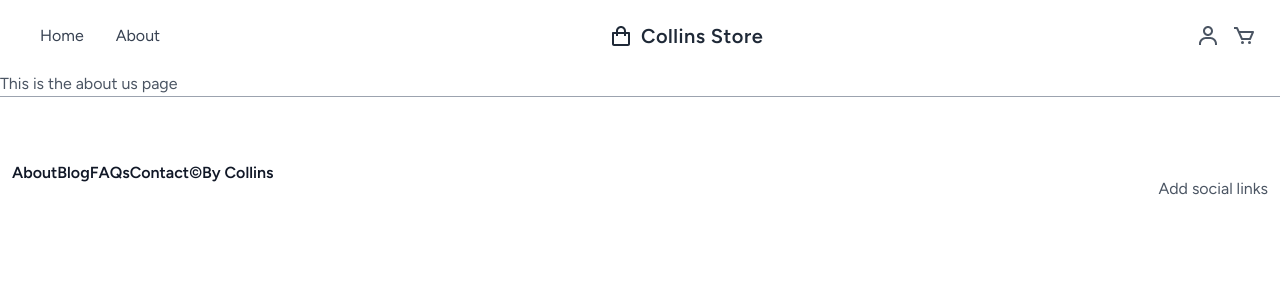
Repository: Collins145/e-commerce-website
Page: http://localhost/about
The author's editor kept a copy of each file at every save. The page is drawn from the files as they stood at one save, then again after the next save.
The browser window is 1280 px wide. The pictures show the whole page.
The page is served by the project's Laravel application, run on PHP 8.4 with Laravel 10. Other server files are loaded and not shown. Style sheets and scripts are compiled from the project's sources, by tool versions that may differ from the author's.

Above is the page before, as saved 2023-06-17 14:14:50.

### routes/web.php
<?php

use App\Http\Controllers\ProfileController;
use Illuminate\Support\Facades\Route;
use App\Http\Controllers\SiteController;

/*
|--------------------------------------------------------------------------
| Web Routes
|--------------------------------------------------------------------------
|
| Here is where you can register web routes for your application. These
| routes are loaded by the RouteServiceProvider and all of them will
| be assigned to the "web" middleware group. Make something great!
|
*/

Route::get('/', [SiteController::class, 'index'])->name('home');
Route::get('about', [SiteController::class, 'about'])->name('about');
Route::get('footer', [SiteController::class, 'footer'])->name('footer');

Route::get('/dashboard', function () {
    return view('dashboard');
})->middleware(['auth', 'verified'])->name('dashboard');

Route::middleware('auth')->group(function () {
    Route::get('/profile', [ProfileController::class, 'edit'])->name('profile.edit');
    Route::patch('/profile', [ProfileController::class, 'update'])->name('profile.update');
    Route::delete('/profile', [ProfileController::class, 'destroy'])->name('profile.destroy');
});

require __DIR__.'/auth.php';

### app/Http/Controllers/SiteController.php
<?php

namespace App\Http\Controllers;

use Illuminate\Http\Request;

class SiteController extends Controller
{
    public function index() {
        return view('site.home');
    }

    public function about() {
        return view('site.about');
    }
    public function footer() {
        return view('site.footer');
    }
}

### resources/views/site/about.blade.php
@extends('layouts.site')
@section('content')
This is the about us page
@endsection

### resources/views/layouts/site.blade.php
<!DOCTYPE html>
<html lang="{{ str_replace('_', '-', app()->getLocale()) }}">
    <head>
        <meta charset="utf-8">
        <meta name="viewport" content="width=device-width, initial-scale=1">
        <meta name="csrf-token" content="{{ csrf_token() }}">

        <title>{{ config('app.name', 'Laravel') }}</title>

        <!-- Fonts -->
        <link rel="preconnect" href="https://fonts.bunny.net">
        <link href="https://fonts.bunny.net/css?family=figtree:400,500,600&display=swap" rel="stylesheet" />

        <!-- Scripts -->
        @vite(['resources/css/app.css', 'resources/js/app.js'])
    </head>
    <body class="bg-white text-gray-600 font-sans leading-normal text-base tracking-normal">
        <x-site.header/>
        @yield('content')
        <x-site.footer/>
    </body>
</html>

### resources/views/components/site/header.blade.php
    <nav id="header" class="w-full z-30 top-0 py-1">
        <div class="w-full container mx-auto flex flex-wrap items-center justify-between mt-0 px-6 py-3">

            <label for="menu-toggle" class="cursor-pointer md:hidden block">
                <svg class="fill-current text-gray-900" xmlns="http://www.w3.org/2000/svg" width="20" height="20" viewBox="0 0 20 20">
                    <title>menu</title>
                    <path d="M0 3h20v2H0V3zm0 6h20v2H0V9zm0 6h20v2H0v-2z"></path>
                </svg>
            </label>
            <input class="hidden" type="checkbox" id="menu-toggle" />

            <div class="hidden md:flex md:items-center md:w-auto w-full order-3 md:order-1" id="menu">
                <nav>
                    <ul class="md:flex items-center justify-between text-base text-gray-700 pt-4 md:pt-0">
                        <li><a class="inline-block no-underline hover:text-black hover:underline py-2 px-4" href="{{route('home')}}">Home</a></li>
                        <li><a class="inline-block no-underline hover:text-black hover:underline py-2 px-4" href="{{route('about')}}">About</a></li>
                    </ul>
                </nav>
            </div>

            <div class="order-1 md:order-2">
                <a class="flex items-center tracking-wide no-underline hover:no-underline font-bold text-gray-800 text-xl " href="{{route('home')}}">
                    <svg class="fill-current text-gray-800 mr-2" xmlns="http://www.w3.org/2000/svg" width="24" height="24" viewBox="0 0 24 24">
                        <path d="M5,22h14c1.103,0,2-0.897,2-2V9c0-0.553-0.447-1-1-1h-3V7c0-2.757-2.243-5-5-5S7,4.243,7,7v1H4C3.447,8,3,8.447,3,9v11 C3,21.103,3.897,22,5,22z M9,7c0-1.654,1.346-3,3-3s3,1.346,3,3v1H9V7z M5,10h2v2h2v-2h6v2h2v-2h2l0.002,10H5V10z" />
                    </svg>
                    Collins Store
                </a>
            </div>

            <div class="order-2 md:order-3 flex items-center" id="nav-content">

                <a class="inline-block no-underline hover:text-black" href="#">
                    <svg class="fill-current hover:text-black" xmlns="http://www.w3.org/2000/svg" width="24" height="24" viewBox="0 0 24 24">
                        <circle fill="none" cx="12" cy="7" r="3" />
                        <path d="M12 2C9.243 2 7 4.243 7 7s2.243 5 5 5 5-2.243 5-5S14.757 2 12 2zM12 10c-1.654 0-3-1.346-3-3s1.346-3 3-3 3 1.346 3 3S13.654 10 12 10zM21 21v-1c0-3.859-3.141-7-7-7h-4c-3.86 0-7 3.141-7 7v1h2v-1c0-2.757 2.243-5 5-5h4c2.757 0 5 2.243 5 5v1H21z" />
                    </svg>
                </a>

                <a class="pl-3 inline-block no-underline hover:text-black" href="#">
                    <svg class="fill-current hover:text-black" xmlns="http://www.w3.org/2000/svg" width="24" height="24" viewBox="0 0 24 24">
                        <path d="M21,7H7.462L5.91,3.586C5.748,3.229,5.392,3,5,3H2v2h2.356L9.09,15.414C9.252,15.771,9.608,16,10,16h8 c0.4,0,0.762-0.238,0.919-0.606l3-7c0.133-0.309,0.101-0.663-0.084-0.944C21.649,7.169,21.336,7,21,7z M17.341,14h-6.697L8.371,9 h11.112L17.341,14z" />
                        <circle cx="10.5" cy="18.5" r="1.5" />
                        <circle cx="17.5" cy="18.5" r="1.5" />
                    </svg>
                </a>

            </div>
        </div>
    </nav>

### resources/views/components/site/footer.blade.php
    <footer class="container mx-auto bg-lt-color-gray-600 py-8 border-t border-gray-400">
        <div class="container flex px-3 py-8 ">
            <div class="w-full mx-auto flex flex-wrap">
                <div class="flex w-full lg:w-1/2 ">
                    <div class="flex justify-around px-3 md:px-0">
                        <h3 class="font-bold text-gray-900">About</h3>
                        <h3 class="font-bold text-gray-900">Blog</h3>
                        <h3 class="font-bold text-gray-900">FAQs</h3>
                        <h3 class="font-bold text-gray-900">Contact</h3>
                        <h3 class="font-bold text-gray-900"><span>&copy<span>By Collins</h3>
                    </div>
                </div>
                <div class="flex w-full lg:w-1/2 lg:justify-end lg:text-right">
                    <div class="px-3 md:px-0">
                        <ul class="list-reset items-center pt-3">
                            <li>
                                <a class="inline-block no-underline hover:text-black hover:underline py-1" href="#">Add social links</a>
                            </li>
                        </ul>
                    </div>
                </div>
            </div>
        </div>
    </footer>

Loaded but not shown: routes/auth.php (common file); app/Http/Controllers/Auth/EmailVerificationPromptController.php (common file); app/Http/Controllers/Controller.php (common file); app/Http/Controllers/Auth/VerifyEmailController.php (common file); resources/css/app.css (common file); tailwind.config.js (common file); resources/js/app.js (common file); resources/js/bootstrap.js (common file)

After the next save:
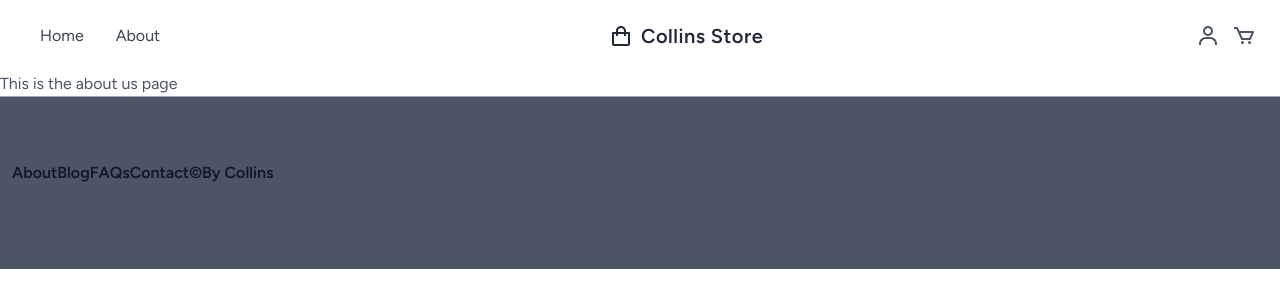
Saved 4 min 55 s later.
--- a/resources/views/components/site/footer.blade.php
+++ b/resources/views/components/site/footer.blade.php
@@ -1,4 +1,4 @@
-    <footer class="container mx-auto bg-lt-color-gray-600 py-8 border-t border-gray-400">
+    <footer class="container mx-auto bg-gray-600 py-8 border-t border-gray-400">
         <div class="container flex px-3 py-8 ">
             <div class="w-full mx-auto flex flex-wrap">
                 <div class="flex w-full lg:w-1/2 ">
